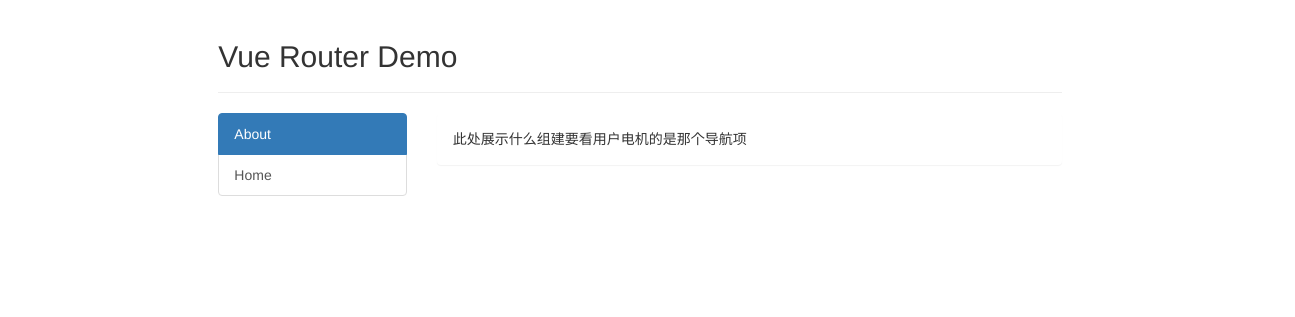
Repository: Crow7277/Vue2-
Page: /#/home
These files come from the project's save history. The page is drawn as it stood at one moment and after the next save; the edit follows.
The browser window is 1280 px wide. The page is 1295 px wide, so the pictures cover 1295 px, including what lies to the right of the window. The pictures show the whole page.
The project was rebuilt for these pictures with package versions that can differ from the ones it lists, and the page was loaded fresh each time. Also part of the build but not shown: vue.config.js, src/components/About.vue, src/components/Home.vue.

Above is the page before, as saved 2022-04-09 16:54:56.

### public/index.html
<!DOCTYPE html>
<html lang="">
    <head>
        <meta charset="utf-8" />
        <!-- 针对IE浏览器，让IE浏览器以最高的渲染级别渲染页面 -->
        <meta http-equiv="X-UA-Compatible" content="IE=edge" />
        <!-- 开启移动端的理想视口 -->
        <meta name="viewport" content="width=device-width,initial-scale=1.0" />
        <!-- 页签图标 -->
        <!-- <%= BASE_URL %>表示public文件夹所在路径 -->
        <link rel="icon" href="<%= BASE_URL %>favicon.ico" />
        <link rel="stylesheet" href="<%= BASE_URL %>css/bootstrap.css" />
        <title><%= htmlWebpackPlugin.options.title %></title>
    </head>

    <body>
        <!-- 当浏览器不支持js时，浏览器就会显示noscript中的内容 -->
        <noscript>
            <strong>
                We're sorry but <%= htmlWebpackPlugin.options.title %> doesn't work properly without
                JavaScript enabled. Please enable it to continue.
            </strong>
        </noscript>
        <!-- 容器 -->
        <div id="app"></div>
        <!-- built files will be auto injected -->
    </body>
</html>

### src/main.js
// 引入Vue
import Vue from 'vue';
// 引入App
import App from './App.vue';
// 引入路由
import VueRouter from 'vue-router';
// 引入路由器
import router from './router';
// 关闭生产环境提示
Vue.config.productionTip = false;

// 应用插件
Vue.use(VueRouter);

// 创建Vue
new Vue({
    el: '#app',
    render: h => h(App),
    router: router,
});

### src/App.vue
<template>
    <div>
        <div class="row">
            <div class="col-xs-offset-2 col-xs-8">
                <div class="page-header"><h2>Vue Router Demo</h2></div>
            </div>
        </div>
        <div class="row">
            <div class="col-xs-2 col-xs-offset-2">
                <div class="list-group">
                    <!-- 原始HTML中使用a标签实现页面的跳转 -->
                    <!-- <a class="list-group-item active" href="./about.html">About</a> -->
                    <!-- <a class="list-group-item" href="./home.html">Home</a> -->
                    <router-link class="list-group-item active" to="/about">About</router-link>
                    <router-link class="list-group-item" to="/home">Home</router-link>
                </div>
            </div>
            <div class="col-xs-6">
                <div class="panel">
                    <div class="panel-body">此处展示什么组建要看用户电机的是那个导航项</div>
                </div>
            </div>
        </div>
    </div>
</template>

<script>
export default {
    name: 'App',
};
</script>
<style></style>

### src/router/index.js
// 该文件用于创建整个应用的路由器
import VueRouter from 'vue-router';
// 引入组件
import About from '../components/About.vue';
import Home from '../components/Home.vue';

// 创建并暴露一个路由器
export default new VueRouter({
    routes: [
        {
            path: '/about',
            component: About,
        },
        {
            path: '/home',
            component: Home,
        },
    ],
});

Loaded but not shown: public/css/bootstrap.css (library)

After the next save:
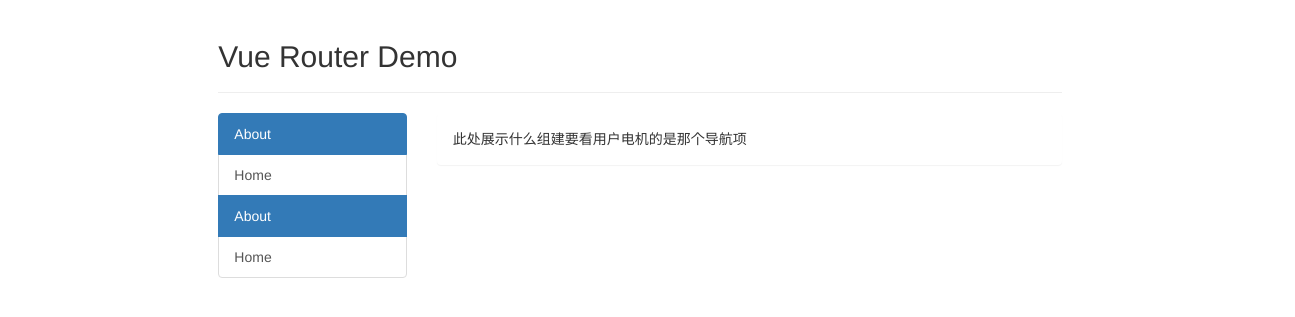
Saved 2 min 18 s later.
--- a/src/App.vue
+++ b/src/App.vue
@@ -9,8 +9,8 @@
             <div class="col-xs-2 col-xs-offset-2">
                 <div class="list-group">
                     <!-- 原始HTML中使用a标签实现页面的跳转 -->
-                    <!-- <a class="list-group-item active" href="./about.html">About</a> -->
-                    <!-- <a class="list-group-item" href="./home.html">Home</a> -->
+                    <a class="list-group-item active" href="./about.html">About</a>
+                    <a class="list-group-item" href="./home.html">Home</a>
                     <router-link class="list-group-item active" to="/about">About</router-link>
                     <router-link class="list-group-item" to="/home">Home</router-link>
                 </div>

After the 2 saves that followed:
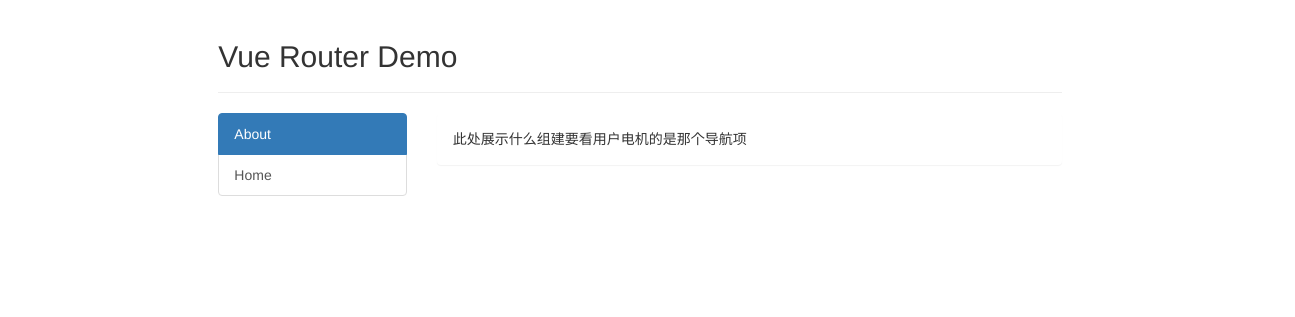
The 2 saves are shown as one change because they came seconds apart.
The last was saved 92 s later.
--- a/src/App.vue
+++ b/src/App.vue
@@ -9,8 +9,8 @@
             <div class="col-xs-2 col-xs-offset-2">
                 <div class="list-group">
                     <!-- 原始HTML中使用a标签实现页面的跳转 -->
-                    <a class="list-group-item active" href="./about.html">About</a>
-                    <a class="list-group-item" href="./home.html">Home</a>
+                    <!-- <a class="list-group-item active" href="./about.html">About</a> -->
+                    <!-- <a class="list-group-item" href="./home.html">Home</a> -->
                     <router-link class="list-group-item active" to="/about">About</router-link>
                     <router-link class="list-group-item" to="/home">Home</router-link>
                 </div>
